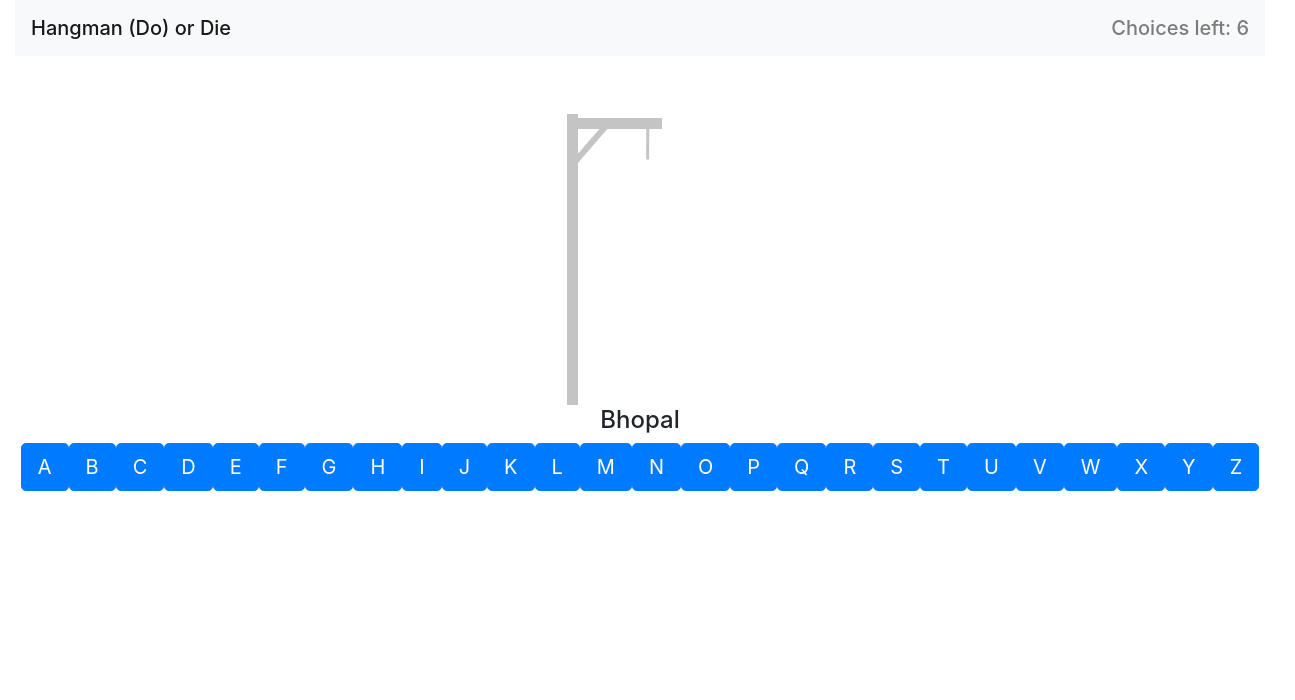
Repository: jatinhchanchlani/hangman
Page: /
An editor plug-in stored every save of this project. The page is shown before and after the next save, followed by the edit.
The browser window is 1280 px wide. The page is 1280 px wide, then 1295 px, so the pictures cover 1295 px, including what lies to the right of the window. The pictures show the whole page.
The project was rebuilt for these pictures with package versions that can differ from the ones it lists, and the page was loaded fresh each time. Also part of the build but not shown: src/App.css.

Above is the page before, as saved 2020-10-24 16:51:52.

After the next save:
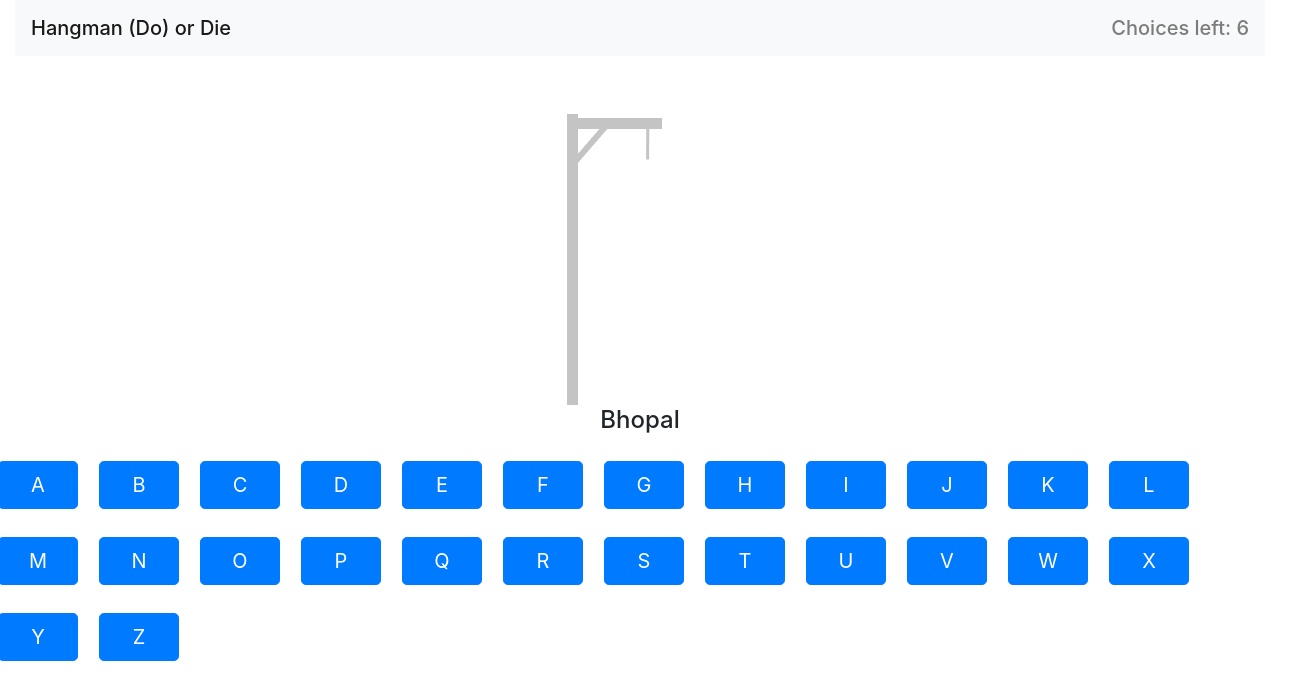
Saved 109 s later.
--- a/src/components/letters.jsx
+++ b/src/components/letters.jsx
@@ -1,4 +1,5 @@
 import React, { Component } from "react";
+import "../css/letters.css";
 
 class Letters extends Component {
   render() {
